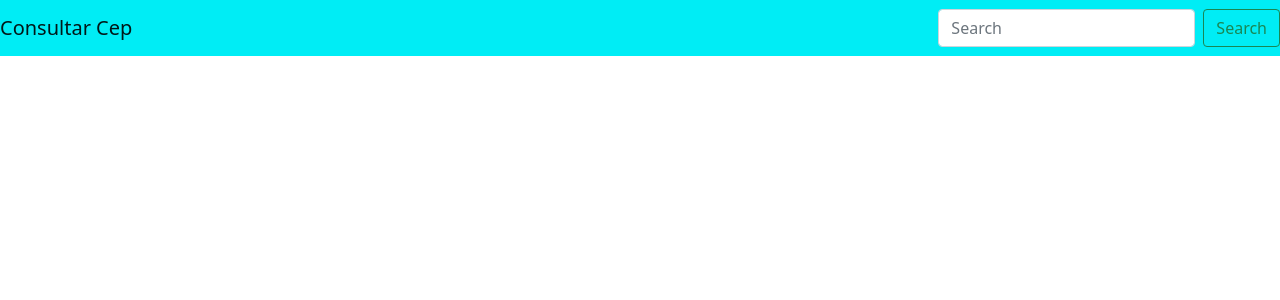
Repository: ViniciusCMS/StudyJquerry
Page: index.html
An editor plug-in stored every save of this project. The page is shown before and after the next save, followed by the edit.
The browser window is 1280 px wide. The pictures show the whole page.

Above is the page before, as saved 2021-11-26 10:40:38.

After the next save:
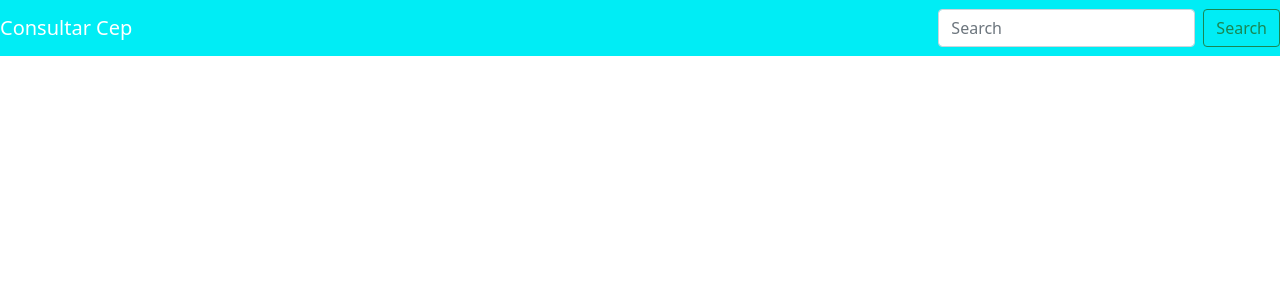
Saved 10 s later.
--- a/index.html
+++ b/index.html
@@ -11,7 +11,7 @@
 </head>
 <body>
    <nav class="navbar navbar-light" style="background-color: #00edf5;">
-    <a class="navbar-brand text-blue">Consultar Cep</a>
+    <a class="navbar-brand text-white">Consultar Cep</a>
       <form class="d-flex">
         <input class="form-control me-2" type="search" placeholder="Search" aria-label="Search">
         <button class="btn btn-outline-success" type="submit">Search</button>

After the save that followed:
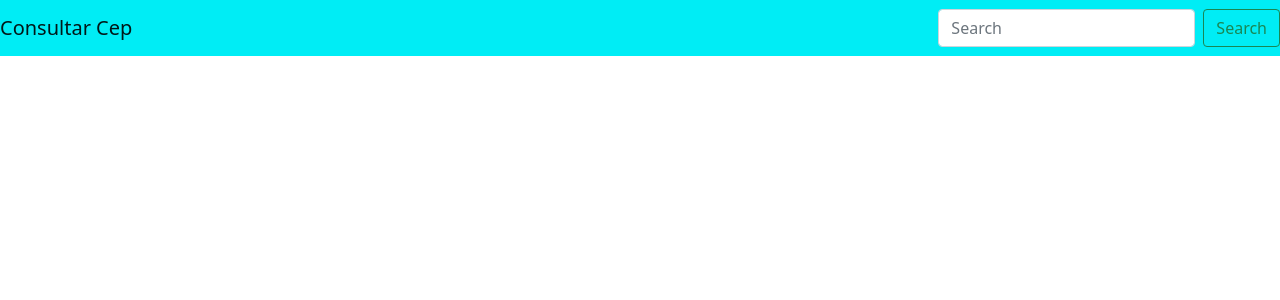
Saved 6 s later.
--- a/index.html
+++ b/index.html
@@ -11,7 +11,7 @@
 </head>
 <body>
    <nav class="navbar navbar-light" style="background-color: #00edf5;">
-    <a class="navbar-brand text-white">Consultar Cep</a>
+    <a class="navbar-brand text-blue">Consultar Cep</a>
       <form class="d-flex">
         <input class="form-control me-2" type="search" placeholder="Search" aria-label="Search">
         <button class="btn btn-outline-success" type="submit">Search</button>
